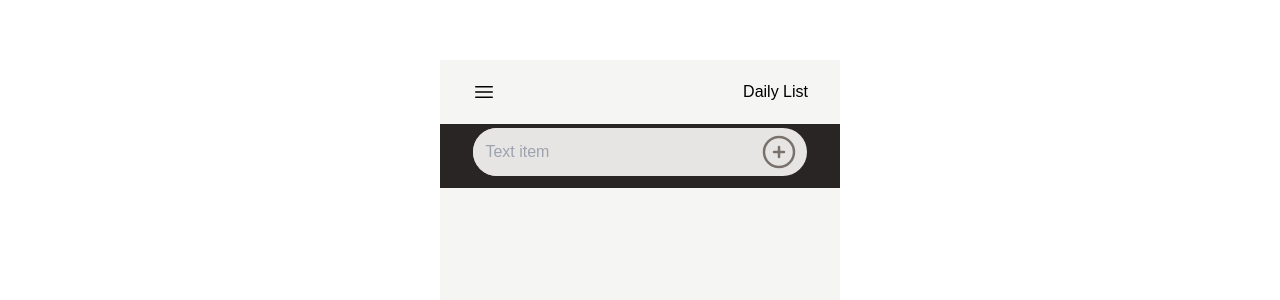
Repository: hsumyatm7308/TodolistbyPHP
Page: http://localhost/
These files come from the project's save history. The page is drawn as it stood at one moment and after the next save; the edit follows.
The browser window is 1280 px wide. The pictures show the whole page.
Some web libraries are served in a nearby version. The page is run by PHP 8.4 with error messages shown; the project is at /var/www/html/. Queries for data that is not in the repository find no rows.

Above is the page before, as saved 2023-07-09 22:28:37.

### index.php
<!DOCTYPE html>
<html lang="en">

<head>
    <meta charset="UTF-8">
    <meta name="viewport" content="width=device-width, initial-scale=1.0">
    <title>To Do List</title>
    <link rel="stylesheet" href="https://cdnjs.cloudflare.com/ajax/libs/font-awesome/6.4.0/css/all.min.css">
    <script src="https://cdn.tailwindcss.com"></script>

    <style>
        * {
            font-family: sans-serif;
        }
    </style>

</head>

<body>
    <div class="w-screen h-screen container flex justify-center items-center">
        <div class="w-[400px] h-[600px] bg-stone-100">
            <!-- header nav  -->
            <div class="w-full h-14 flex justify-between items-center p-8">
                <div>
                    <svg xmlns="http://www.w3.org/2000/svg" fill="none" viewBox="0 0 24 24" stroke-width="1.5"
                        stroke="currentColor" class="w-6 h-6">
                        <path stroke-linecap="round" stroke-linejoin="round"
                            d="M3.75 6.75h16.5M3.75 12h16.5m-16.5 5.25h16.5" />
                    </svg>

                </div>
                <div>
                    <h4> Daily List</h4>
                </div>
            </div>


            <div class="w-full h-16 bg-stone-800 overflow-y-scroll">

            <?php

include ("create.php");
include("updatetodo.php");
include("complete.php");

?>
            </div>







        </div>
    </div>
</body>

</html>

### create.php
<?php
session_start();
ini_set('display_errors', 1);

require_once("database.php");

if ($_SERVER['REQUEST_METHOD'] === 'POST') {
    global $conn;

    $getdata = $_POST['textbox'];


    try {
        $stmt = $conn->prepare("INSERT INTO todolist (task) VALUES ( :task)");


        $task = $getdata;


        $stmt->bindParam(':task', $task);

        $stmt->execute();
    } catch (Exception $e) {
        echo "Error Found: " . $e->getMessage();
    }
}


?>





<!-- to do form  -->
<form action="" method="post" enctype="multipart/form-data">


    <div class="w-full h-auto flex justify-center items-center p-1">
        <div class="w-[85%] h-auto bg-stone-200 flex justify-between items-center rounded-3xl">
            <input type="text" name="textbox"
                class="w-[85%] bg-stone-200 rounded-tl-3xl rounded-bl-3xl p-3 focus:outline-none"
                placeholder="Text item">

            <button type="submit" name="submit" class="">
                <svg xmlns="http://www.w3.org/2000/svg" fill="none" viewBox="0 0 24 24" stroke-width="1.5"
                    stroke="currentColor" class="w-10 h-10 mr-2 text-stone-500 hover:text-stone-600">
                    <path stroke-linecap="round" stroke-linejoin="round"
                        d="M12 9v6m3-3H9m12 0a9 9 0 11-18 0 9 9 0 0118 0z" />
                </svg>
            </button>
        </div>

    </div>
    <hr class="mt-3">
</form>

### database.php
<?php

$dbhost = 'localhost';
$dbuser = 'root';
$dbpass = '';
$dbname = 'hmmdb';


try{

    $conn = new PDO("mysql:host=$dbhost;dbname=$dbname", $dbuser, $dbpass);
    $conn->setAttribute(PDO::ATTR_ERRMODE, PDO::ERRMODE_EXCEPTION);

    // echo "Connection successful";


}catch(Exception $e){
    "Error Found:".$e->getMessage();
}




?>

### updatetodo.php
<?php

// session_start();
ini_set('display_errors', 1);

require_once("database.php");
require_once("create.php");

try {

    global $conn;

    $stmt = $conn->prepare("SELECT id,task FROM todolist");
    $stmt->execute();



} catch (Exception $e) {
    "Found Error : " . $e->getMessage();
}

?>








<!-- update to do  -->
<form action="" method="post" class="mt-3" enctype="multipart/form-data">
    <h3 class="text-gray-400 ml-7 mb-1">To do</h3>


    <?php while ($row = $stmt->fetch()): ?>

        <div name="taskitems" class="w-full h-auto flex justify-center items-center p-1">


            <div class="w-[85%] h-auto bg-stone-200 flex justify-between items-center p-3">
                <span>
                    <i class="fa-regular fa-circle-check"></i>
                    <span class="ml-1">
                        <?php echo $row['task'] ?>
                    </span>
                </span>

                <div>
                    <svg xmlns="http://www.w3.org/2000/svg" fill="none" viewBox="0 0 24 24" stroke-width="1.5"
                        stroke="currentColor" class="w-6 h-6">
                        <path stroke-linecap="round" stroke-linejoin="round"
                            d="M16.862 4.487l1.687-1.688a1.875 1.875 0 112.652 2.652L10.582 16.07a4.5 4.5 0 01-1.897 1.13L6 18l.8-2.685a4.5 4.5 0 011.13-1.897l8.932-8.931zm0 0L19.5 7.125M18 14v4.75A2.25 2.25 0 0115.75 21H5.25A2.25 2.25 0 013 18.75V8.25A2.25 2.25 0 015.25 6H10" />
                    </svg>
                </div>
            </div>



        </div>

    <?php endwhile; ?>







</form>

### complete.php
      <!-- complete work -->
      <form action="" method="post" class="mt-3" enctype="multipart/form-data">
                <h3 class="text-gray-400 ml-7 mb-1">Complete</h3>

                <div class="w-full h-auto flex justify-center items-center p-1">


                    <div class="w-[85%] h-auto bg-stone-200 flex justify-between items-center p-3">

                        <span>
                            <i class="fa-solid fa-circle-check text-green-600"></i>
                            <span class="ml-1">to do homework</span>
                        </span>

                        <div>
                            <svg xmlns="http://www.w3.org/2000/svg" fill="none" viewBox="0 0 24 24" stroke-width="1.5"
                                stroke="currentColor" class="w-6 h-6">
                                <path stroke-linecap="round" stroke-linejoin="round"
                                    d="M14.74 9l-.346 9m-4.788 0L9.26 9m9.968-3.21c.342.052.682.107 1.022.166m-1.022-.165L18.16 19.673a2.25 2.25 0 01-2.244 2.077H8.084a2.25 2.25 0 01-2.244-2.077L4.772 5.79m14.456 0a48.108 48.108 0 00-3.478-.397m-12 .562c.34-.059.68-.114 1.022-.165m0 0a48.11 48.11 0 013.478-.397m7.5 0v-.916c0-1.18-.91-2.164-2.09-2.201a51.964 51.964 0 00-3.32 0c-1.18.037-2.09 1.022-2.09 2.201v.916m7.5 0a48.667 48.667 0 00-7.5 0" />
                            </svg>

                        </div>

                    </div>



                </div>

                <div class="w-full h-auto flex justify-center items-center p-1">

                    <div class="w-[85%] h-auto bg-stone-200 flex justify-between items-center p-3">

                        <span>
                            <i class="fa-solid fa-circle-check text-green-600"></i>
                            <span class="ml-1">to do homework</span>
                        </span>

                        <div>
                            <svg xmlns="http://www.w3.org/2000/svg" fill="none" viewBox="0 0 24 24" stroke-width="1.5"
                                stroke="currentColor" class="w-6 h-6">
                                <path stroke-linecap="round" stroke-linejoin="round"
                                    d="M14.74 9l-.346 9m-4.788 0L9.26 9m9.968-3.21c.342.052.682.107 1.022.166m-1.022-.165L18.16 19.673a2.25 2.25 0 01-2.244 2.077H8.084a2.25 2.25 0 01-2.244-2.077L4.772 5.79m14.456 0a48.108 48.108 0 00-3.478-.397m-12 .562c.34-.059.68-.114 1.022-.165m0 0a48.11 48.11 0 013.478-.397m7.5 0v-.916c0-1.18-.91-2.164-2.09-2.201a51.964 51.964 0 00-3.32 0c-1.18.037-2.09 1.022-2.09 2.201v.916m7.5 0a48.667 48.667 0 00-7.5 0" />
                            </svg>


                        </div>

                    </div>



                </div>
            </form>

After the next save:
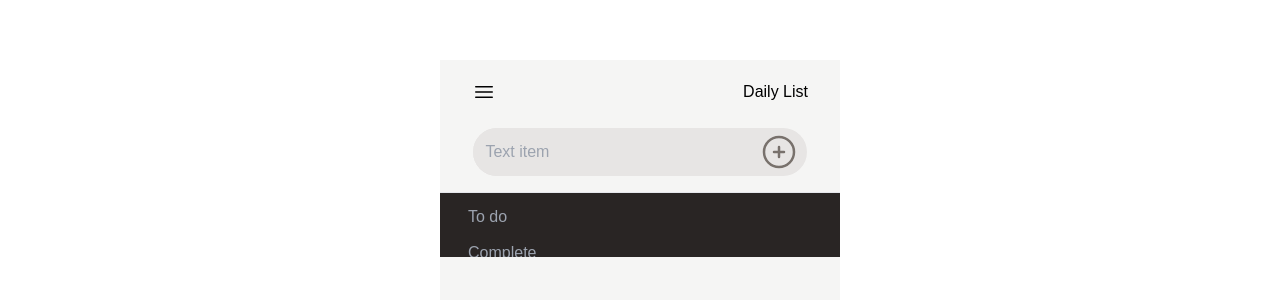
Saved 32 s later.
--- a/index.php
+++ b/index.php
@@ -34,16 +34,20 @@
                 </div>
             </div>
 
+            <?php
+
+            include("create.php");
+
+            ?>
 
             <div class="w-full h-16 bg-stone-800 overflow-y-scroll">
 
-            <?php
+                <?php
 
-include ("create.php");
-include("updatetodo.php");
-include("complete.php");
+                include("updatetodo.php");
+                include("complete.php");
 
-?>
+                ?>
             </div>
 
 
